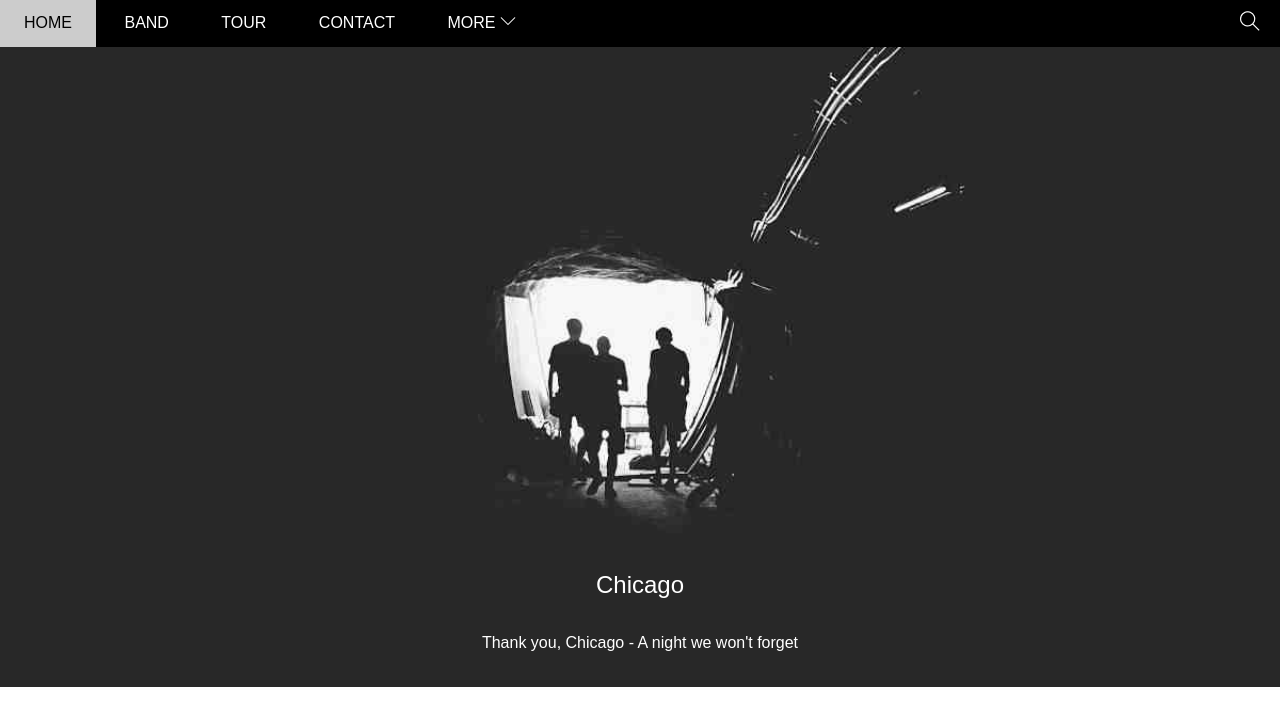
Repository: thanhsonnguyen-gif/f8-learn
Page: projectDemoTheBand/index.html
The author's editor kept a copy of each file at every save. The page is drawn from the files as they stood at one save, then again after the next save.
The browser window is 1280 px wide. The pictures show the whole page.

Above is the page before, as saved 2022-06-24 17:10:29.

### projectDemoTheBand/index.html
<!DOCTYPE html>
<html lang="en">
<head>
    <meta charset="UTF-8">
    <meta http-equiv="X-UA-Compatible" content="IE=edge">
    <meta name="viewport" content="width=device-width, initial-scale=1.0">
    <title>Document</title>
    <link rel="stylesheet" href="./assets/css/style.css">
    <link rel="stylesheet" href="./assets/fonts/themify-icons-font/themify-icons/themify-icons.css">
</head>
<body>
    <div id="main">
        <div id="header">
            <ul id="nav">
                <li><a href="">HOME</a></li>
                <li><a href="">BAND</a></li>
                <li><a href="">TOUR</a></li>
                <li><a href="">CONTACT</a></li>
                <li>
                    <a title="more" href="#">
                        More
                    <i class="ti-angle-down"></i>
                    </a>
                    <ul class="subnav">
                        <li><a href="">Merchandise</a></li>
                        <li><a href="">Extras</a></li>
                        <li><a href="">Media</a></li>
                    </ul>
                </li>
            </ul>
            <div class="search-btn">
                <i class="ti-search"></i>
            </div>
        </div>
        <div id="slide">
            <div id="textContent">
                <h1 id="city">Chicago</h1>
                <p id="decription">Thank you, Chicago - A night we won't forget</p>
            </div>
        </div>
        <div id="content">

        </div>
        <div id="footer">

        </div>
    </div>
</body>
</html>

### projectDemoTheBand/assets/css/style.css
* {
  padding: 0;
  margin: 0;
  box-sizing: border-box;
}

#main {
  font-family: Arial, Helvetica, sans-serif;
}

#header {
  position: fixed;
  left: 0;
  right: 0;
  top: 0;
  background-color: #000;
  height: 46.5px;
  color: #fff;
  z-index: 1;
}

#nav {
  display: inline-block;
}

#nav ul {
  list-style-type: none;
}

#nav > li {
  display: inline-block;
  position: relative;
}

#nav > li > a {
  line-height: 46.5px;
  padding: 0 24px;
  text-decoration: none;
  color: #fff;
  display: block;
  text-transform: uppercase;
}

#nav > li:hover > a {
  background-color: #ccc;
  color: #000;
}

#nav > li:hover .subnav {
  display: block;
}

#nav .subnav {
  position: absolute;
  display: none;
  box-shadow: 0 0 5px rgba(0, 0, 0, 0.4);
  background-color: #fff;
  min-width: 160px;
}

#nav .subnav > li > a {
  line-height: 38.5px;
  padding: 0 16px;
  text-decoration: none;
  color: #000;
  display: block;
}

#nav .subnav > li:hover > a {
  background-color: #ccc;
}

#naw .ti-angle-down {
  font-size: 14px;
}

.search-btn {
  float: right;
  color: #fff;
  font-size: 20px;
  right: 0;
  line-height: 46px;
  padding: 0 20px;
  cursor: pointer;
}

.search-btn:hover {
  background-color: #f44336;
}

#slide {
  margin-top: 46.5px;
  padding-top: 50%;
  background: url(/projectDemoTheBand/assets/img/slide1.jpg) top center / cover
    no-repeat;
  position: relative;
}

#textContent {
  width: 100%;
  color: #fff;
  text-align: center;
  position: absolute;
  bottom: 0;
}

#city {
  font-weight: 500;
  font-size: 24px;
}

#decription {
  font-size: 16px;
  padding: 35px 0;
}

#content {
}

#footer {
}

Loaded but not shown: projectDemoTheBand/assets/fonts/themify-icons-font/themify-icons/themify-icons.css (common file)

After the next save:
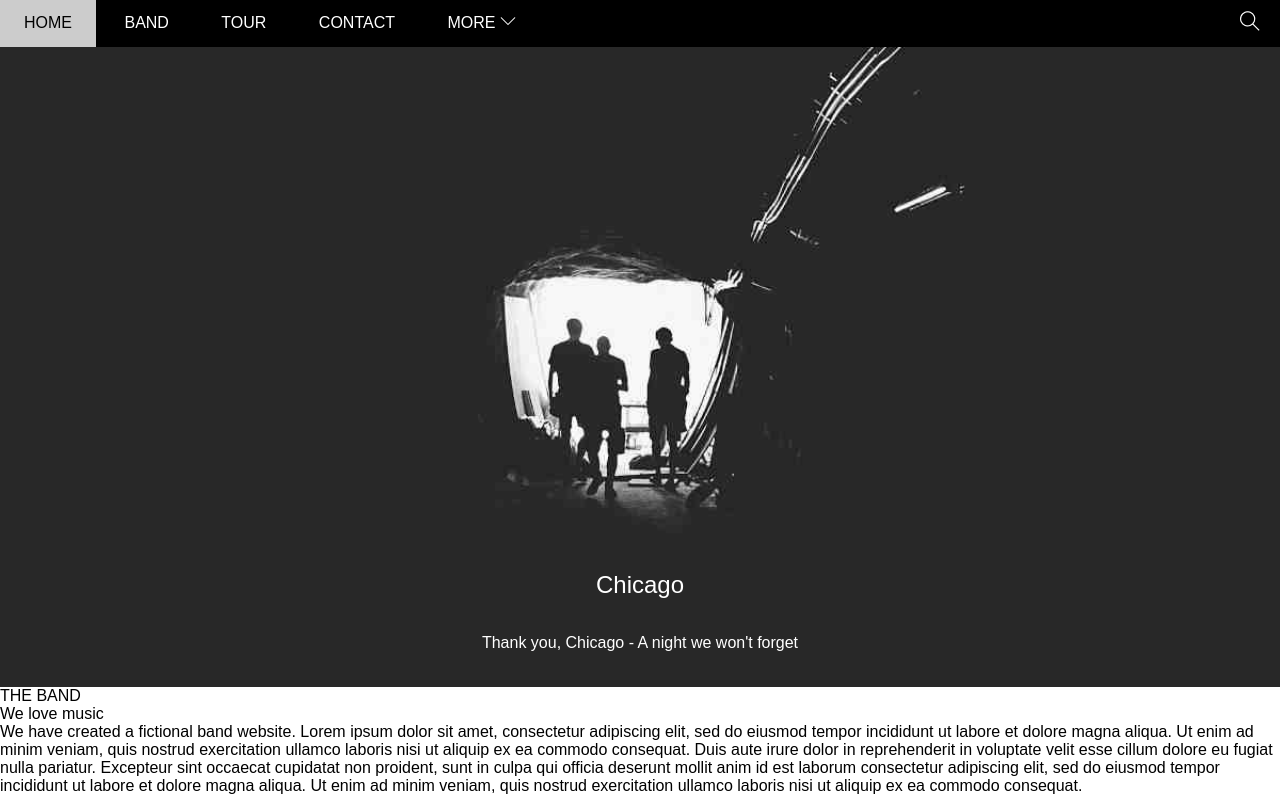
Saved 30 min 35 s later.
--- a/projectDemoTheBand/index.html
+++ b/projectDemoTheBand/index.html
@@ -1,49 +1,66 @@
 <!DOCTYPE html>
 <html lang="en">
-<head>
-    <meta charset="UTF-8">
-    <meta http-equiv="X-UA-Compatible" content="IE=edge">
-    <meta name="viewport" content="width=device-width, initial-scale=1.0">
+  <head>
+    <meta charset="UTF-8" />
+    <meta http-equiv="X-UA-Compatible" content="IE=edge" />
+    <meta name="viewport" content="width=device-width, initial-scale=1.0" />
     <title>Document</title>
-    <link rel="stylesheet" href="./assets/css/style.css">
-    <link rel="stylesheet" href="./assets/fonts/themify-icons-font/themify-icons/themify-icons.css">
-</head>
-<body>
+    <link rel="stylesheet" href="./assets/css/style.css" />
+    <link
+      rel="stylesheet"
+      href="./assets/fonts/themify-icons-font/themify-icons/themify-icons.css"
+    />
+  </head>
+  <body>
     <div id="main">
-        <div id="header">
-            <ul id="nav">
-                <li><a href="">HOME</a></li>
-                <li><a href="">BAND</a></li>
-                <li><a href="">TOUR</a></li>
-                <li><a href="">CONTACT</a></li>
-                <li>
-                    <a title="more" href="#">
-                        More
-                    <i class="ti-angle-down"></i>
-                    </a>
-                    <ul class="subnav">
-                        <li><a href="">Merchandise</a></li>
-                        <li><a href="">Extras</a></li>
-                        <li><a href="">Media</a></li>
-                    </ul>
-                </li>
+      <div id="header">
+        <ul id="nav">
+          <li><a href="">HOME</a></li>
+          <li><a href="">BAND</a></li>
+          <li><a href="">TOUR</a></li>
+          <li><a href="">CONTACT</a></li>
+          <li>
+            <a title="more" href="#">
+              More
+              <i class="ti-angle-down"></i>
+            </a>
+            <ul class="subnav">
+              <li><a href="">Merchandise</a></li>
+              <li><a href="">Extras</a></li>
+              <li><a href="">Media</a></li>
             </ul>
-            <div class="search-btn">
-                <i class="ti-search"></i>
-            </div>
+          </li>
+        </ul>
+        <div class="search-btn">
+          <i class="ti-search"></i>
         </div>
-        <div id="slide">
-            <div id="textContent">
-                <h1 id="city">Chicago</h1>
-                <p id="decription">Thank you, Chicago - A night we won't forget</p>
-            </div>
+      </div>
+      <div id="slide">
+        <div id="textContent">
+          <h1 id="city">Chicago</h1>
+          <p id="decription">Thank you, Chicago - A night we won't forget</p>
         </div>
-        <div id="content">
-
+      </div>
+      <div id="content">
+        <div id="about-session">
+          <div class="healding">THE BAND</div>
+          <div class="sub-heading">We love music</div>
+          <p class="text-about"
+            >We have created a fictional band website. Lorem ipsum dolor sit
+            amet, consectetur adipiscing elit, sed do eiusmod tempor incididunt
+            ut labore et dolore magna aliqua. Ut enim ad minim veniam, quis
+            nostrud exercitation ullamco laboris nisi ut aliquip ex ea commodo
+            consequat. Duis aute irure dolor in reprehenderit in voluptate velit
+            esse cillum dolore eu fugiat nulla pariatur. Excepteur sint occaecat
+            cupidatat non proident, sunt in culpa qui officia deserunt mollit
+            anim id est laborum consectetur adipiscing elit, sed do eiusmod
+            tempor incididunt ut labore et dolore magna aliqua. Ut enim ad minim
+            veniam, quis nostrud exercitation ullamco laboris nisi ut aliquip ex
+            ea commodo consequat.</p
+          >
         </div>
-        <div id="footer">
-
-        </div>
+      </div>
+      <div id="footer"> </div>
     </div>
-</body>
+  </body>
 </html>
